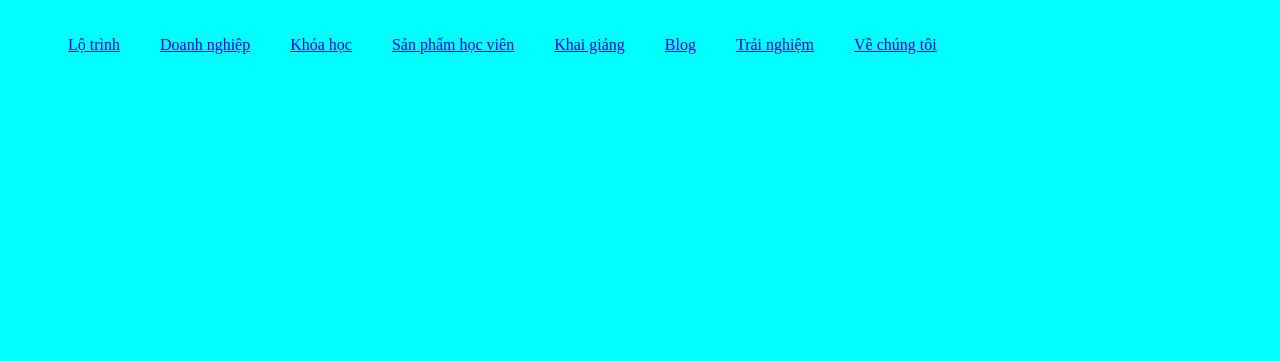
Repository: khanhnahk306/khanhnahk.github.io
Page: flexbox/html/megamenu.html
An editor plug-in stored every save of this project. The page is shown before and after a run of saves, followed by the edit.
The browser window is 1280 px wide. The pictures show the whole page.
The pointer rests on the first visible `.nav li`.

Above is the page before, as saved 2022-01-28 10:46:52.

After the next 3 saves:
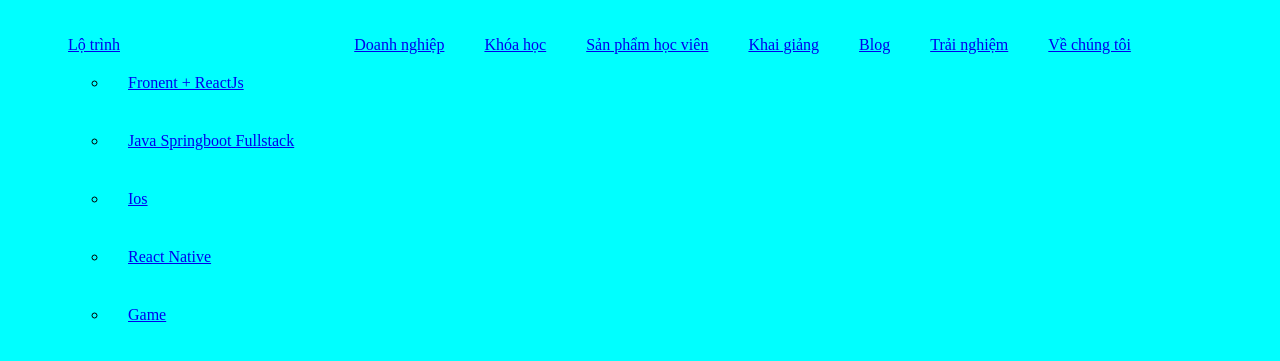
The 3 saves are shown as one change because they came seconds apart.
The last was saved 16 s later.
--- a/flexbox/css/megamenu.css
+++ b/flexbox/css/megamenu.css
@@ -14,6 +14,6 @@ body{
 }
 .sub-menu{
     display: none;
-}.nav li:hover{
-
+}.nav li:hover .sub-menu{
+    display: block;
 }
